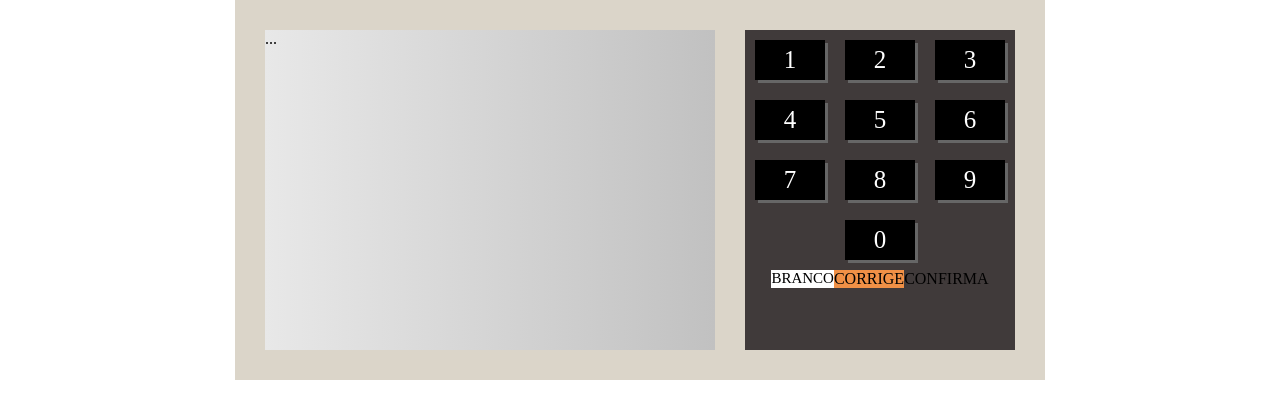
Repository: ThiagoIturra/urnaJs
Page: index.html
These files come from the project's save history. The page is drawn as it stood at one moment and after the next save; the edit follows.
The browser window is 1280 px wide. The pictures show the whole page.

Above is the page before, as saved 2022-01-05 16:07:24.

### index.html
<!DOCTYPE html>
<html lang="pt-BR">
<header>
    <meta charset="UTF-8" />
    <meta name="viewport" content="width=device-width, initial-scale=1.0">
    <link rel="stylesheet" href="style.css">
    <title>Urna Eletrônica</title>
</header>
<body>
    <div class="urna">
        <div class="screen">
...
        </div>
        <div class="keyboard">
            <div class="keyboard--line">
                <div class="keyboard--button">1</div>
                <div class="keyboard--button">2</div>
                <div class="keyboard--button">3</div>
            </div>
            <div class="keyboard--line">
                <div class="keyboard--button">4</div>
                <div class="keyboard--button">5</div>
                <div class="keyboard--button">6</div>
            </div>
            <div class="keyboard--line">
                <div class="keyboard--button">7</div>
                <div class="keyboard--button">8</div>
                <div class="keyboard--button">9</div>
            </div>
            <div class="keyboard--line">
                <div class="keyboard--button">0</div>
            </div>
            <div class="keyboard--line">
                <div class="keyboard--button--branco">BRANCO</div>
                <div class="keyboard--button--corrige">CORRIGE</div>
                <div class="keyboard--button--confirma">CONFIRMA</div>
            </div>
        </div>
    </div>
</body>
</html>

### style.css
body {
    margin: 0;
    display: flex;
    justify-content: center;
    align-items: center;
}

.urna {
    background-color: #dbd5c9;
    padding: 30px;
    display: flex;
}

.screen {
    width: 450px;
    height: 320px;
    background: linear-gradient(to right, #e8e8e8, #c1c1c1);
}

.keyboard {
    background-color: #403A3A;
    margin-left: 30px;
}

.keyboard--line {
    display: flex;
    justify-content: center;
}

.keyboard--button {
    width: 70px;
    height: 40px;
    background-color: #000;
    color: #fff;
    font-size: 25px;
    display: flex;
    justify-content: center;
    align-items: center;
    margin: 10px;
    cursor: pointer;
    box-shadow: 3px 3px 0px #666;
}

.keyboard--button--branco {
    background-color: #fff;
    color: #000;
    font-size: 15px;
}

.keyboard--button--corrige {
    background-color: #f09046;
}

After the next save:
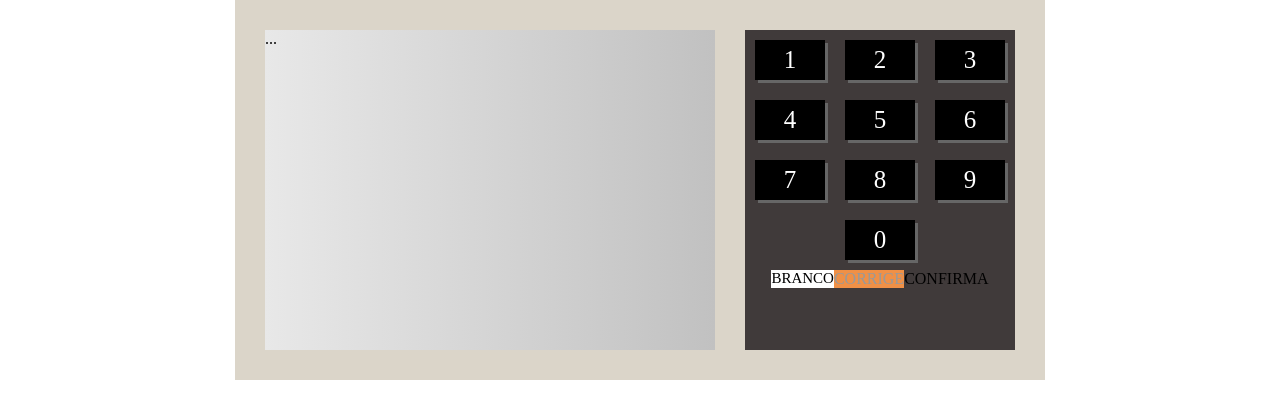
Saved 10 s later.
--- a/style.css
+++ b/style.css
@@ -49,4 +49,5 @@ body {
 
 .keyboard--button--corrige {
     background-color: #f09046;
+    color: #999;
 }
